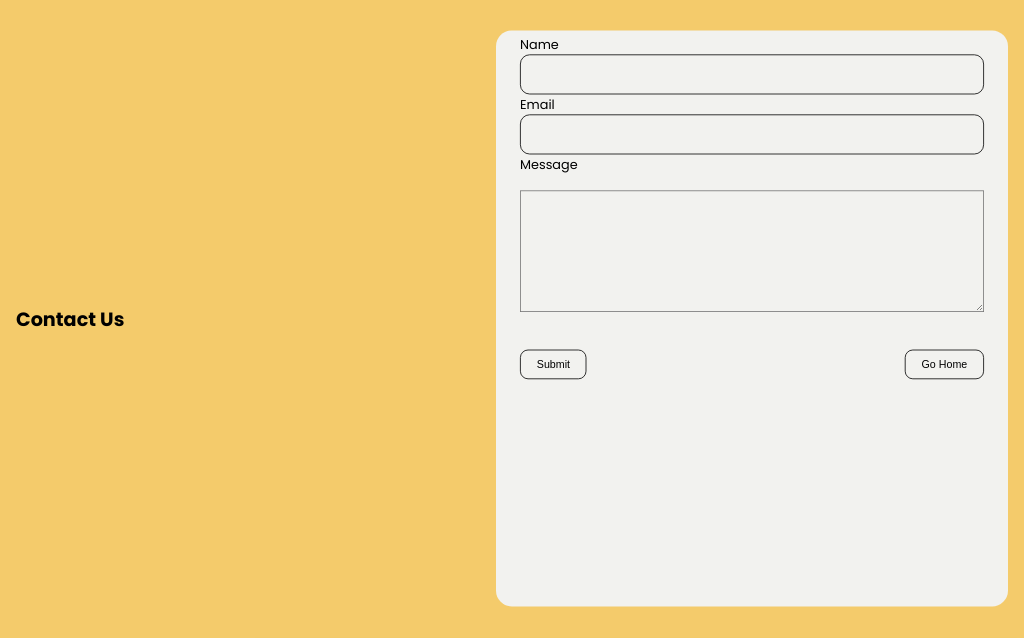
Repository: ble-syn/Random-user-generator-app
Page: /contact
An editor plug-in stored every save of this project. The page is shown before and after the next save, followed by the edit.
The browser window is 1280 px wide. The pictures show the whole page, at 80% of full size.
The project was rebuilt for these pictures with package versions that can differ from the ones it lists, and the page was loaded fresh each time. Also part of the build but not shown: src/components/Navbar.jsx, src/components/pagination.jsx, src/components/User.jsx, src/pages/Home.jsx, src/components/ErrorFallback.jsx, src/pages/About.jsx, src/pages/NotFound.jsx, src/pages/Mission.jsx and 1 more.

Above is the page before, as saved 2022-10-28 20:54:17.

After the next save:
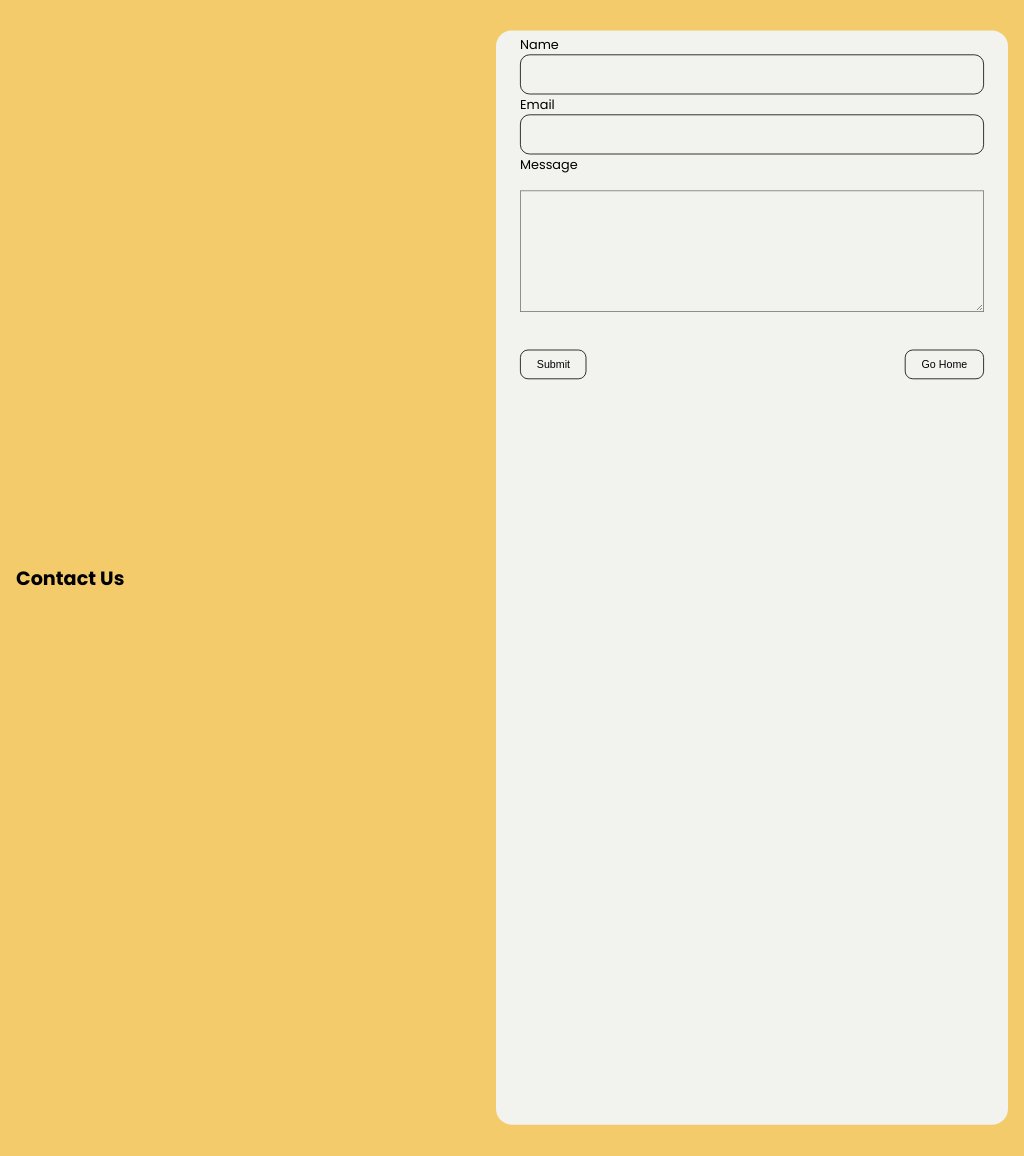
Saved 8 s later.
--- a/src/index.css
+++ b/src/index.css
@@ -112,7 +112,7 @@ background-color: #8DCC50;
 }
 
 #right{
-  height: 100vh;
+  height: 190vh;
   flex: 5;
   margin-left: 20px;
   background-color: #F2F2EF;
